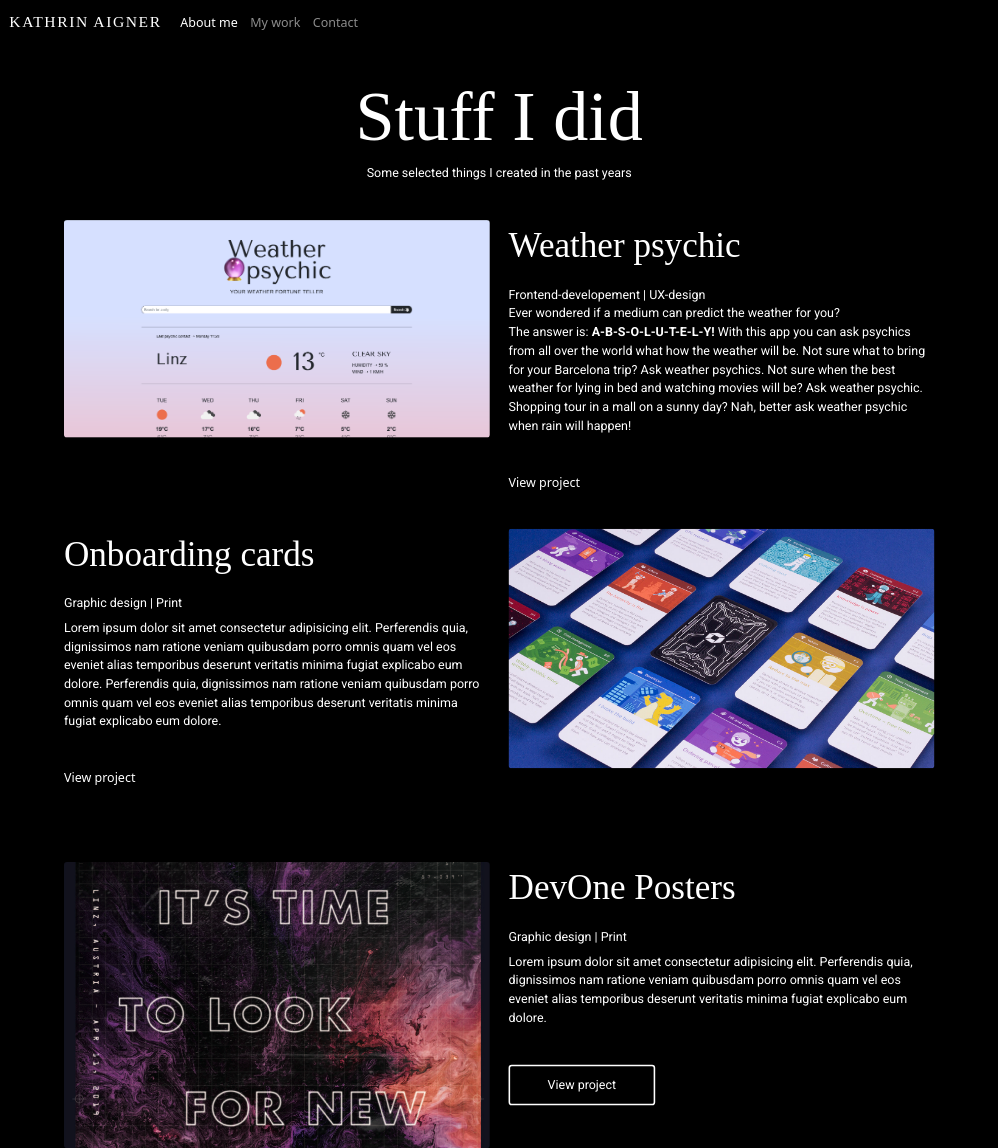
Repository: kathrin-aigner/Portfolio-2022
Page: work.html
The author's editor kept a copy of each file at every save. The page is drawn from the files as they stood at one save, then again after the next save.
The browser window is 1280 px wide. The pictures show the whole page, at 78% of full size.
Some web fonts or font styles are not loaded; a fallback is used. Some web libraries are served in a nearby version.

Above is the page before, as saved 2022-03-28 14:03:55.

After the next save:
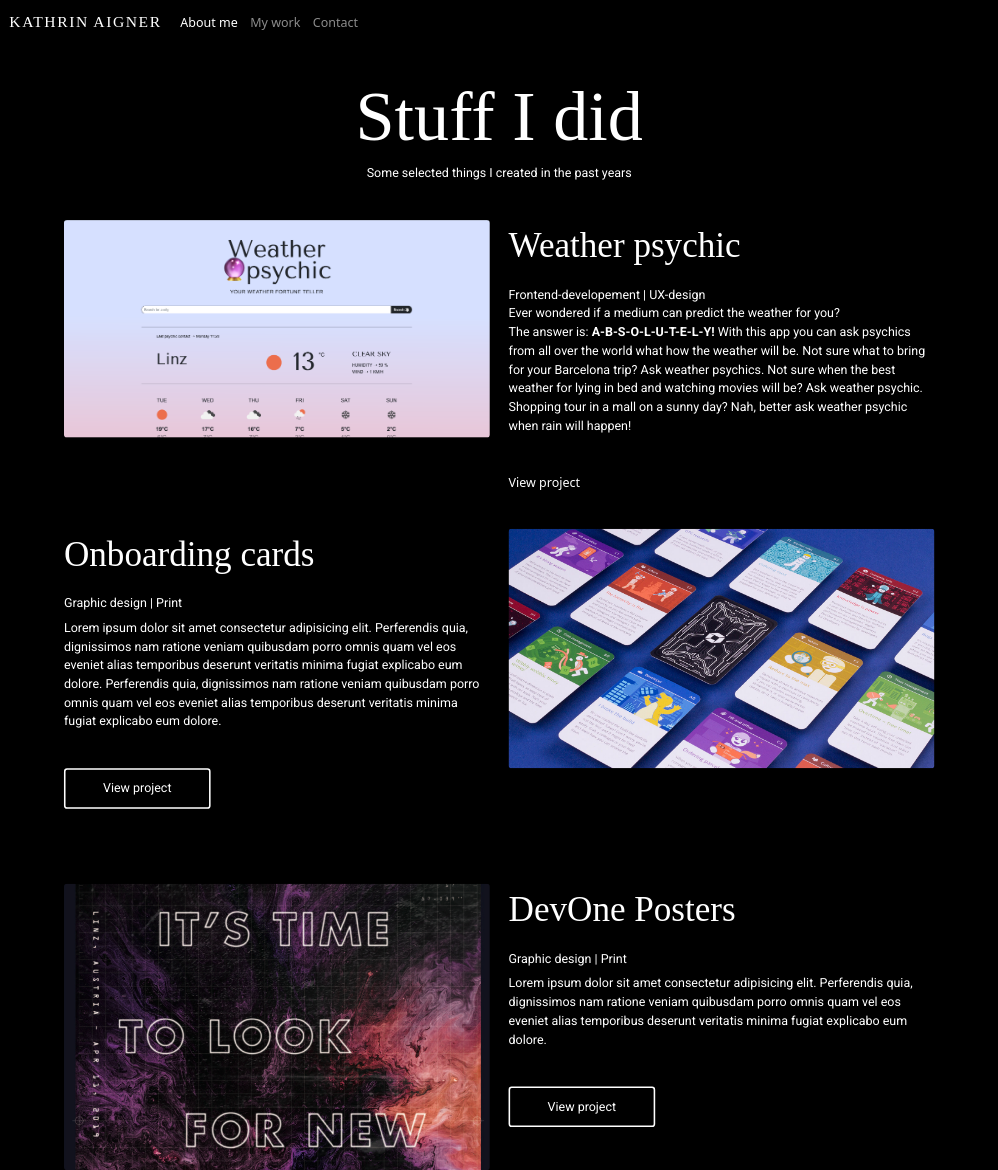
Saved 30 s later.
--- a/work.html
+++ b/work.html
@@ -120,9 +120,7 @@
             explicabo eum dolore.
           </p>
           <div class="mb-5 mt-5">
-            <a href="#" class="primary-link" title="Click to view the project"
-              >View project</a
-            >
+           <div class="btn btn-primary"> View project</div>
           </div>
         </div>
         <div class="col-sm-6">
